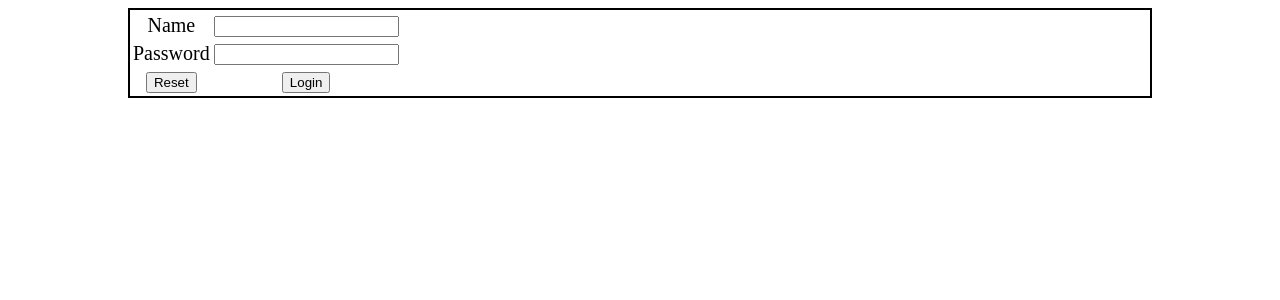
Repository: jks2127/SMS-webApp
Page: sms 1.2/WebContent/index.html
The author's editor kept a copy of each file at every save. The page is drawn from the files as they stood at one save, then again after the next save.
The browser window is 1280 px wide. The pictures show the whole page.

Above is the page before, as saved 2021-06-11 11:58:02.

After the next save:
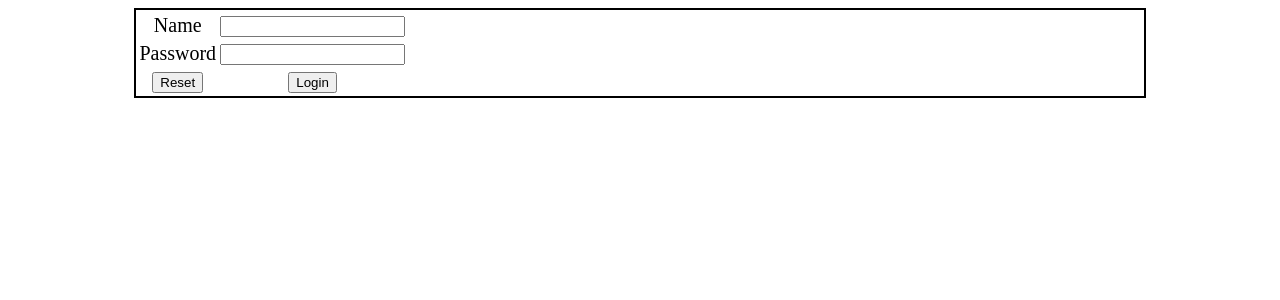
Saved 71 s later.
--- a/sms 1.2/WebContent/index.html
+++ b/sms 1.2/WebContent/index.html
@@ -18,7 +18,8 @@
 	</style>
 </head>
 
-<body id="body" class="container">
+<body id="body">
+<div class="container">
 	<form action="Login" method="POST">
 		<table>
 			<tr>
@@ -36,5 +37,6 @@
 		</table>
 
 	</form>
+</div>
 </body>
 </html>
